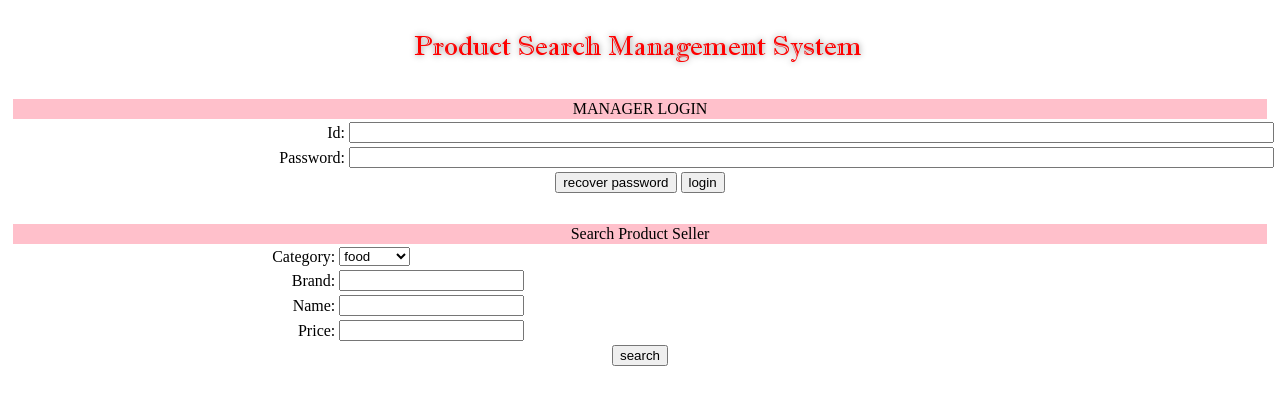
Repository: DishantVaghela/ProductSearchManagementSystem
Page: http://localhost/ProductSearchManagementSystem/
The author's editor kept a copy of each file at every save. The page is drawn from the files as they stood at one save, then again after the next save.
The browser window is 1280 px wide. The pictures show the whole page.
The page is served by Tomcat 9. Other server files are loaded and not shown.

Above is the page before, as saved 2017-04-28 22:43:58.

### ProductSearchManagementSystem/WebContent/index.jsp
<%@ page language="java" contentType="text/html; charset=ISO-8859-1"
    pageEncoding="ISO-8859-1"%>
<!DOCTYPE html PUBLIC "-//W3C//DTD HTML 4.01 Transitional//EN" "http://www.w3.org/TR/html4/loose.dtd">
<html>
<head>
<meta http-equiv="Content-Type" content="text/html; charset=ISO-8859-1">
<title>Product Search Management System</title>
<link rel="stylesheet" type="text/css" href="productSearchManagementSystem.css">
</head>
<body>
	<table align="center">
		<tr>
			<td>
				<form action="ManagerLoginService" method="post">
					<table>
						<tr>
							<td align="center" colspan="2"><img src="productSearchManagementSystemlLogo.png"></td>
						</tr>
						<tr>
							<td colspan="2"><br></td>
						</tr>
						<tr>
							<td colspan="2" align="center" bgcolor="pink">MANAGER LOGIN</td>
						</tr>
						<tr>
							<td align="right">Id:</td>
							<td><input type="text" name="textFieldId"></td>
						</tr>
						<tr>
							<td align="right">Password:</td>
							<td><input type="password" name="textFieldPassword"></td>
						</tr>

						<tr>
							<td colspan="2" align="center">
								<input type="submit" value="recover password" name="buttonRecoverPassword">
								<input type="submit" value="login" name="buttonLogin">
							</td>
						</tr>
					</table>
				</form>
			</td>
		</tr>
		<tr>
			<td>
				<form action="searchProductSeller.jsp">
					<table align="center" width="500">
						<tr>
							<td colspan="2"><br></td>
						</tr>
						<tr>
							<td colspan="2" align="center" bgcolor="pink">Search Product Seller</td>
						</tr>
						<tr>
							<td align="right">Category:</td>
							<td>
								<select name="selectCategory">
									<option>food</option>
									<option>clothes</option>
									<option>furniture</option>
								</select>
							</td>
						</tr>
						<tr>
							<td align="right">Brand:</td>
							<td><input name="textFieldBrand"></td>
						</tr>
						<tr>
							<td align="right">Name:</td>
							<td><input name="textFieldName"></td>
						</tr>
						<tr>
							<td align="right">Price:</td>
							<td><input name="textFieldPrice"></td>
						</tr>
						<tr>
							<td colspan="2" align="center">
								<input type="submit" value="search"  name="buttonSearch">
							</td>
						</tr>
					</table>
				</form>
			</td>
		</tr>
	</table>
</body>
</html>

### ProductSearchManagementSystem/WebContent/productSearchManagementSystem.css
@CHARSET "ISO-8859-1";

input[type=text], input[type=password] {
	width: 100%;
}

table {
	width: 100%;
}

After the next save:
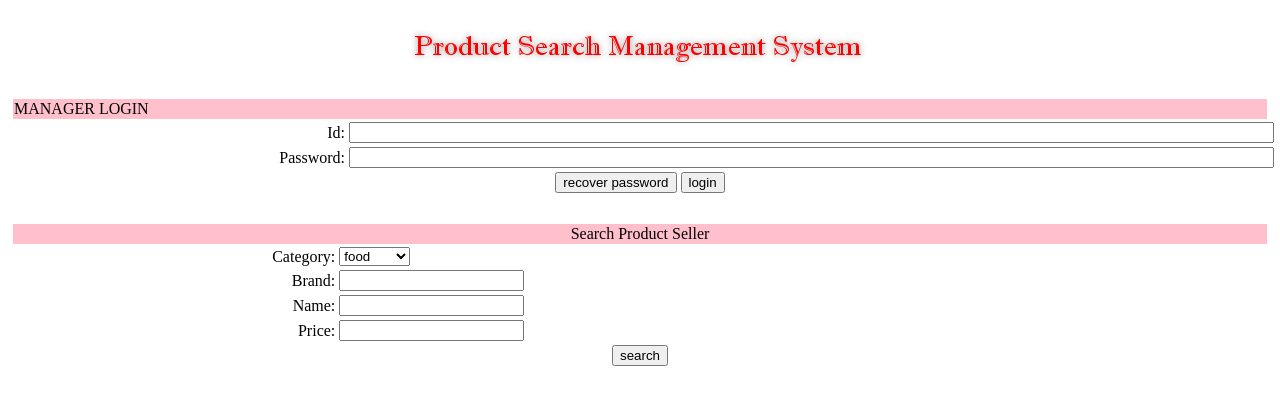
Saved 36 s later.
--- a/ProductSearchManagementSystem/WebContent/index.jsp
+++ b/ProductSearchManagementSystem/WebContent/index.jsp
@@ -20,7 +20,7 @@
 							<td colspan="2"><br></td>
 						</tr>
 						<tr>
-							<td colspan="2" align="center" bgcolor="pink">MANAGER LOGIN</td>
+							<td colspan="2" bgcolor="pink">MANAGER LOGIN</td>
 						</tr>
 						<tr>
 							<td align="right">Id:</td>
--- a/ProductSearchManagementSystem/WebContent/productSearchManagementSystem.css
+++ b/ProductSearchManagementSystem/WebContent/productSearchManagementSystem.css
@@ -5,5 +5,6 @@ input[type=text], input[type=password] {
 }
 
 table {
+	align: center;
 	width: 100%;
 }
